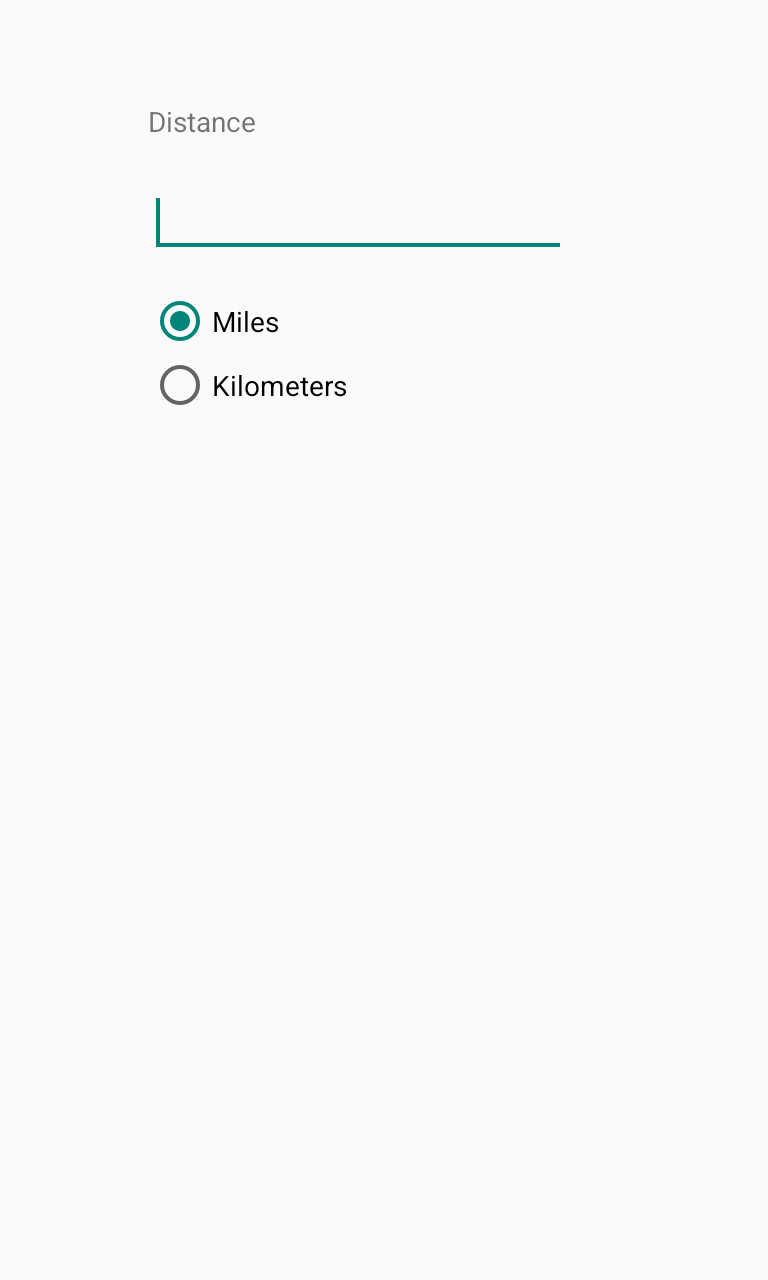
Repository: awayzo/6300Fall14Assignment4
Layout: UnitConvertor/res/layout/activity_main.xml
An editor plug-in stored every save of this project. The layout is shown before and after the next save, followed by the edit.
It is drawn on a 768 x 1280 px phone screen (xhdpi) without system bars, with theme AppTheme; the app's code is not run.

Above is the layout before, as saved 2014-09-24 07:50:54.

### UnitConvertor/res/layout/activity_main.xml
<RelativeLayout xmlns:android="http://schemas.android.com/apk/res/android"
    xmlns:tools="http://schemas.android.com/tools"
    android:layout_width="match_parent"
    android:layout_height="match_parent"
    android:paddingBottom="@dimen/activity_vertical_margin"
    android:paddingLeft="@dimen/activity_horizontal_margin"
    android:paddingRight="@dimen/activity_horizontal_margin"
    android:paddingTop="@dimen/activity_vertical_margin"
    tools:context="edu.gatech.converter.MainActivity" >

    <TextView
        android:id="@+id/textView1"
        android:layout_width="wrap_content"
        android:layout_height="wrap_content"
        android:layout_alignParentLeft="true"
        android:layout_alignParentTop="true"
        android:layout_marginLeft="58dp"
        android:layout_marginTop="35dp"
        android:text="Distance" />

    <EditText
        android:id="@+id/txt1"
        android:layout_width="wrap_content"
        android:layout_height="wrap_content"
        android:layout_alignLeft="@+id/textView1"
        android:layout_below="@+id/textView1"
        android:layout_marginTop="19dp"
        android:ems="10"
        android:inputType="numberDecimal" >

        <requestFocus />
    </EditText>

    <RadioGroup
        android:id="@+id/radioGroup1"
        android:layout_width="wrap_content"
        android:layout_height="wrap_content"
        android:layout_alignLeft="@+id/txt1"
        android:layout_below="@+id/txt1"
        android:layout_marginTop="14dp" >

        <RadioButton
            android:id="@+id/radio0"
            android:layout_width="wrap_content"
            android:layout_height="wrap_content"
            android:checked="true"
            android:text="Miles"
            android:onClick="handleClick"/>

        <RadioButton
            android:id="@+id/radio1"
            android:layout_width="wrap_content"
            android:layout_height="wrap_content"
            android:text="Kilometers"
            android:onClick="handleClick" />

    </RadioGroup>

</RelativeLayout>

Loaded but not shown: UnitConvertor/res/values/styles.xml (common file); UnitConvertor/res/values-v11/styles.xml (common file); UnitConvertor/res/values-v14/styles.xml (common file); UnitConvertor/res/values/dimens.xml (common file); UnitConvertor/res/values-w820dp/dimens.xml (common file)

After the next save:
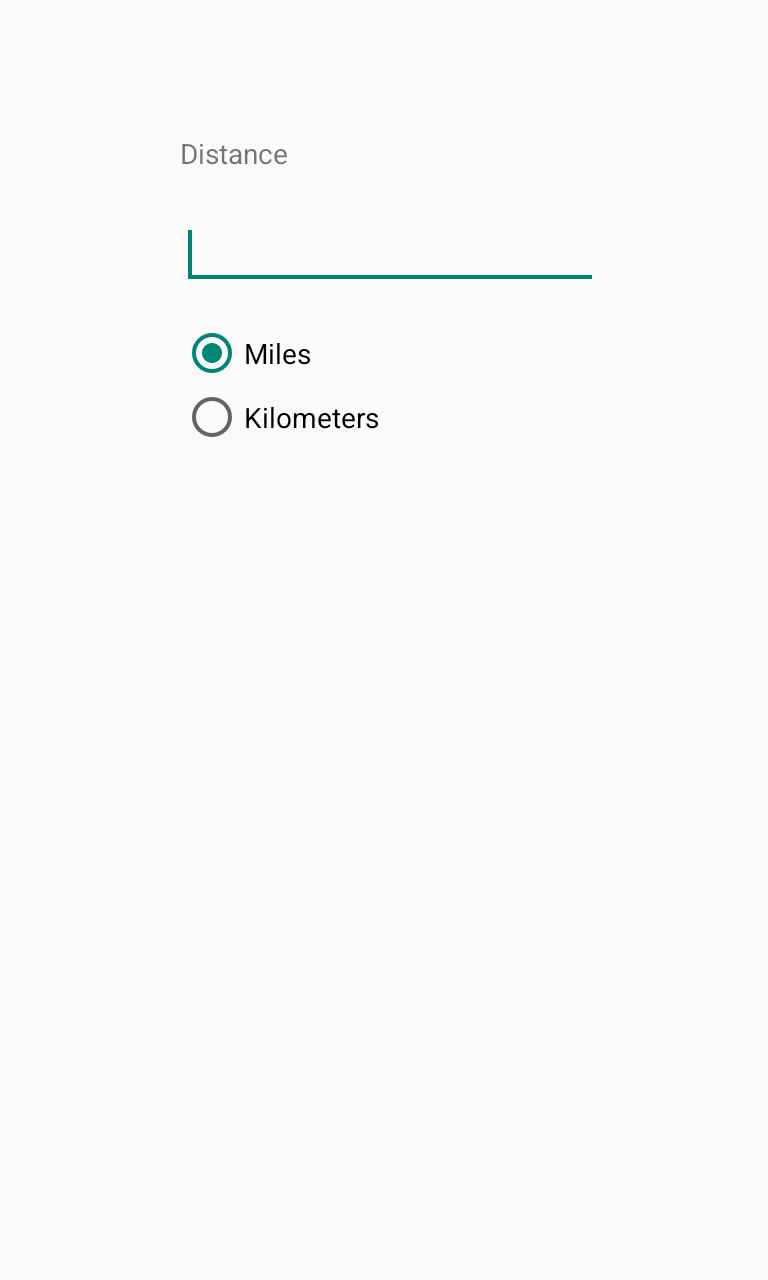
Saved 8 min 44 s later.
--- a/UnitConvertor/res/layout/activity_main.xml
+++ b/UnitConvertor/res/layout/activity_main.xml
@@ -7,16 +7,6 @@
     android:paddingRight="@dimen/activity_horizontal_margin"
     android:paddingTop="@dimen/activity_vertical_margin"
     tools:context="edu.gatech.converter.MainActivity" >
-
-    <TextView
-        android:id="@+id/textView1"
-        android:layout_width="wrap_content"
-        android:layout_height="wrap_content"
-        android:layout_alignParentLeft="true"
-        android:layout_alignParentTop="true"
-        android:layout_marginLeft="58dp"
-        android:layout_marginTop="35dp"
-        android:text="Distance" />
 
     <EditText
         android:id="@+id/txt1"
@@ -56,4 +46,14 @@
 
     </RadioGroup>
 
+    <TextView
+        android:id="@+id/textView1"
+        android:layout_width="wrap_content"
+        android:layout_height="wrap_content"
+        android:layout_alignParentLeft="true"
+        android:layout_alignParentTop="true"
+        android:layout_marginLeft="74dp"
+        android:layout_marginTop="51dp"
+        android:text="Distance" />
+
 </RelativeLayout>
